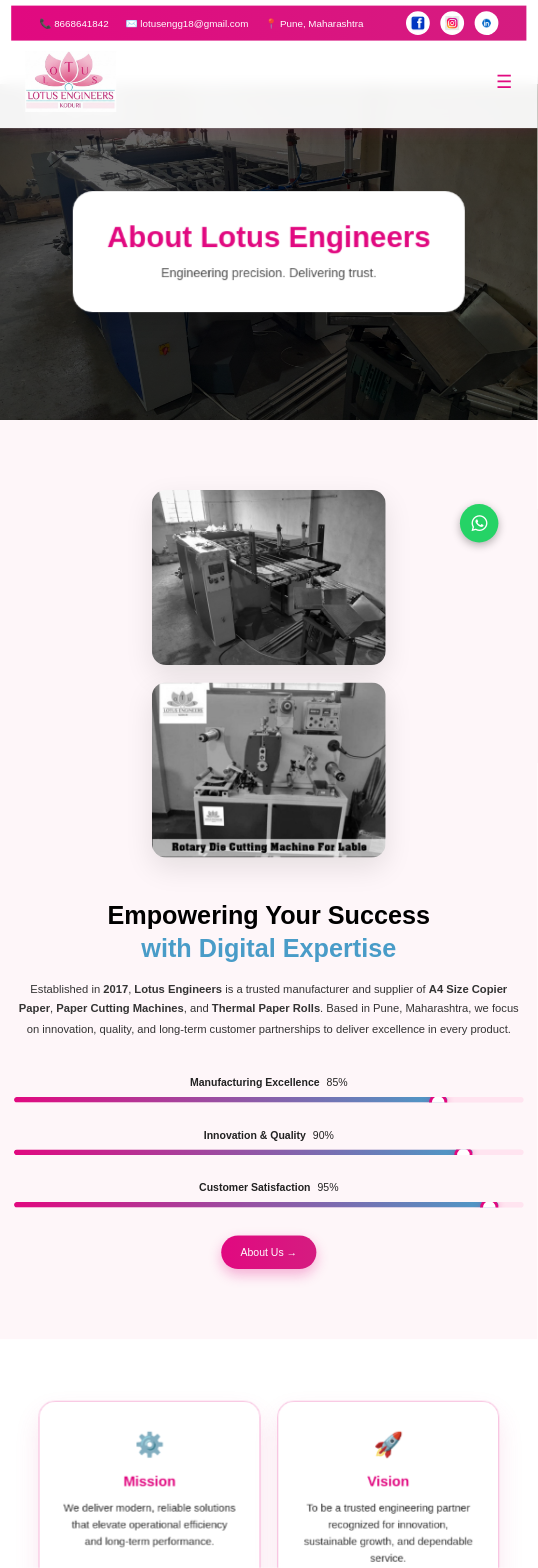
Repository: Khushichugh14/lotus-engineers
Page: about.html
An editor plug-in stored every save of this project. The page is shown before and after the next save, followed by the edit.
The browser window is 768 px wide. The pictures show the part of the page from y = 0 to 2240 px (the page is 4694 px tall), at 70% of full size.

Above is the page before, as saved 2025-12-24 14:01:40.

After the next save:
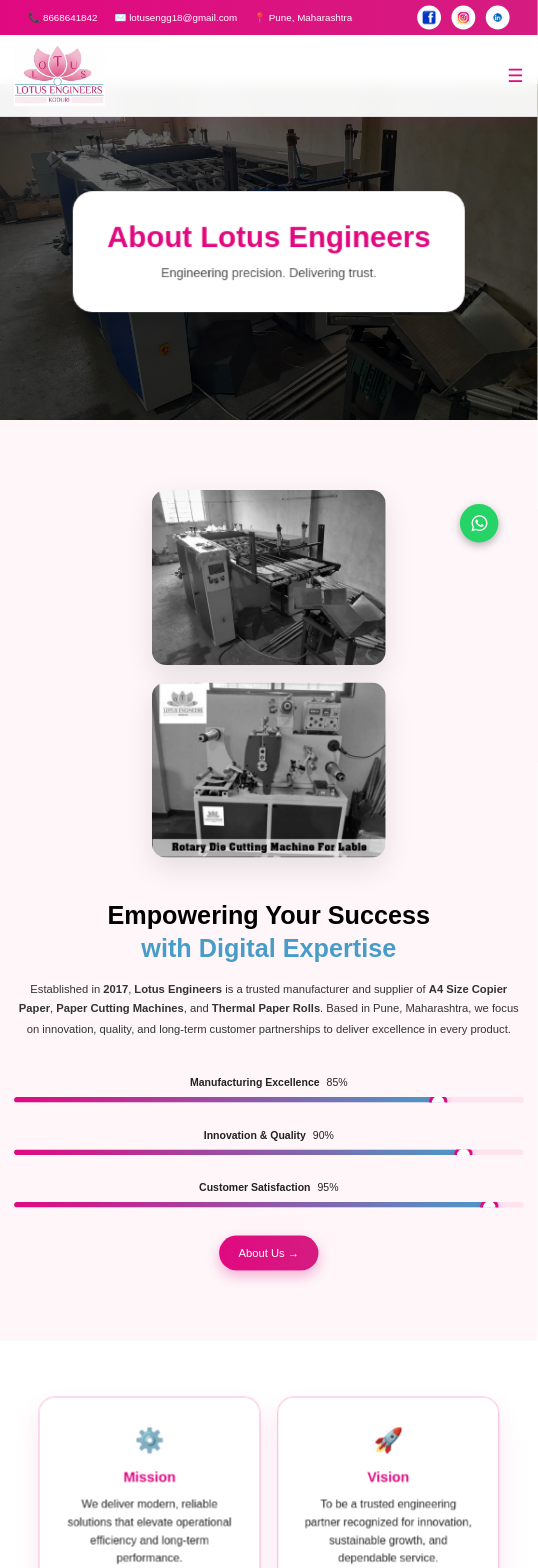
Saved 21 s later.
--- a/style.css
+++ b/style.css
@@ -1036,33 +1036,3 @@
     padding-top: 220px;
   }
 }
-
-/* ===== Mobile (phones) ===== */
-@media (max-width: 768px) {
-
-  body {
-    font-size: 15px;
-  }
-
-  nav, header, footer {
-    padding: 0.5rem 1rem;
-  }
-
-  .container {
-    padding: 0 1rem;
-  }
-
-  .row, .flex, .grid {
-    flex-direction: column !important;
-    grid-template-columns: 1fr !important;
-  }
-
-  .card, .box, .product, .service {
-    width: 100% !important;
-    margin: 0.5rem 0;
-  }
-
-  h1 { font-size: 1.8rem; }
-  h2 { font-size: 1.5rem; }
-  h3 { font-size: 1.2rem; }
-}
